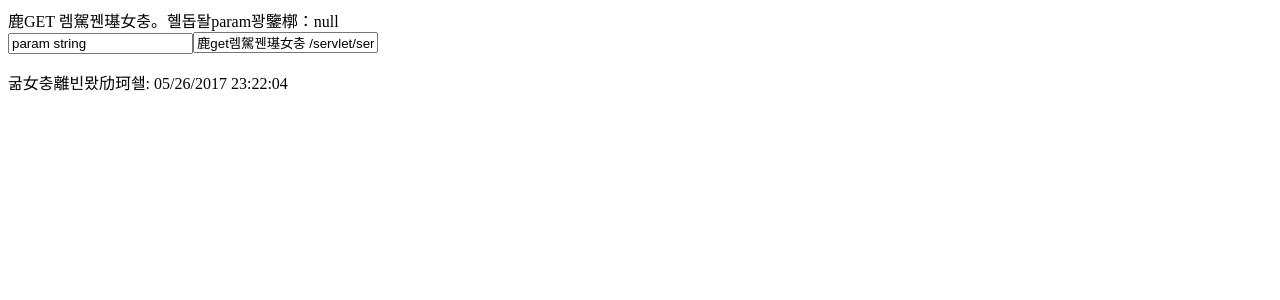
Repository: yksdy/yksdy
Page: http://localhost/servlet/servlet/FirstServlet
The author's editor kept a copy of each file at every save. The page is drawn from the files as they stood at one save, then again after the next save.
The browser window is 1280 px wide. The pictures show the whole page.
The page is served by Tomcat 9. Other server files are loaded and not shown.

Above is the page before, as saved 2017-05-26 23:53:26.

### LongLeg/servlet/src/servlet/FirstServlet.java
package servlet;

import java.io.IOException;
import java.io.PrintWriter;

import javax.servlet.ServletException;
import javax.servlet.http.HttpServlet;
import javax.servlet.http.HttpServletRequest;
import javax.servlet.http.HttpServletResponse;

public class FirstServlet extends HttpServlet {

	/**
	 * The doGet method of the servlet. <br>
	 *
	 * This method is called when a form has its tag value method equals to get.
	 *
	 * @param request the request send by the client to the server
	 * @param response the response send by the server to the client
	 * @throws ServletException if an error occurred
	 * @throws IOException if an error occurred
	 */
	public void doGet(HttpServletRequest request, HttpServletResponse response)
			throws ServletException, IOException {
		this.log("獵契 doGet 렘랬...");
		this.execute(request,response);
/*
		response.setContentType("text/html");
		PrintWriter out = response.getWriter();
		out.println("<!DOCTYPE HTML PUBLIC \"-//W3C//DTD HTML 4.01 Transitional//EN\">");
		out.println("<HTML>");
		out.println("  <HEAD><TITLE>A Servlet</TITLE></HEAD>");
		out.println("  <BODY>");
		out.print("    This is ");
		out.print(this.getClass());
		out.println(", using the GET method");
		out.println("  </BODY>");
		out.println("</HTML>");
		out.flush();
		out.close();
		*/
	}

	/**
	 * The doPost method of the servlet. <br>
	 *
	 * This method is called when a form has its tag value method equals to post.
	 *
	 * @param request the request send by the client to the server
	 * @param response the response send by the server to the client
	 * @throws ServletException if an error occurred
	 * @throws IOException if an error occurred
	 */
	public void doPost(HttpServletRequest request, HttpServletResponse response)
			throws ServletException, IOException {
		this.log("獵契 doGet 렘랬...");
		this.execute(request,response);
/*
		response.setContentType("text/html");
		PrintWriter out = response.getWriter();
		out.println("<!DOCTYPE HTML PUBLIC \"-//W3C//DTD HTML 4.01 Transitional//EN\">");
		out.println("<HTML>");
		out.println("  <HEAD><TITLE>A Servlet</TITLE></HEAD>");
		out.println("  <BODY>");
		out.print("    This is ");
		out.print(this.getClass());
		out.println(", using the POST method");
		out.println("  </BODY>");
		out.println("</HTML>");
		out.flush();
		out.close();
		*/
	}
	@Override
	public long getLastModified(HttpServletRequest request) {
		this.log("獵契 getLastModified 렘랬...");
		return -1;
	}
	private void execute(HttpServletRequest request, HttpServletResponse response)
			throws ServletException, IOException {
		response.setCharacterEncoding("UTF-8");
		request.setCharacterEncoding("UTF-8");
		String requestURI = request.getRequestURI();
		String method = request.getMethod();
		String param = request.getParameter("param");

		response.setContentType("text/html");
		PrintWriter out = response.getWriter();
		out.println("<!DOCTYPE HTML PUBLIC \"-//W3C//DTD HTML 4.01 Transitional//EN\">");
		out.println("<HTML>");
		out.println("  <HEAD><TITLE>A Servlet</TITLE></HEAD>");
		out.println("  <BODY>");

		out.println("鹿"+method+" 렘駕꿴璂女충。혤돕돨param꽝鑒槨："+param+"<br/>");

		out.println("<form action='"+requestURI+"'method='get'> "
				+ "<input type='text' name='param' value='param string'>"
				+ "<input type = 'submet' value='鹿get렘駕꿴璂女충 "+requestURI
				+ "'></form>");

		out.println(" <script>document.write('굶女충離빈뫘劤珂쇌: '+document.lastModified);</script>");

		out.println("  </BODY>");
		out.println("</HTML>");
		out.flush();
		out.close();
	}

}

After the next save:
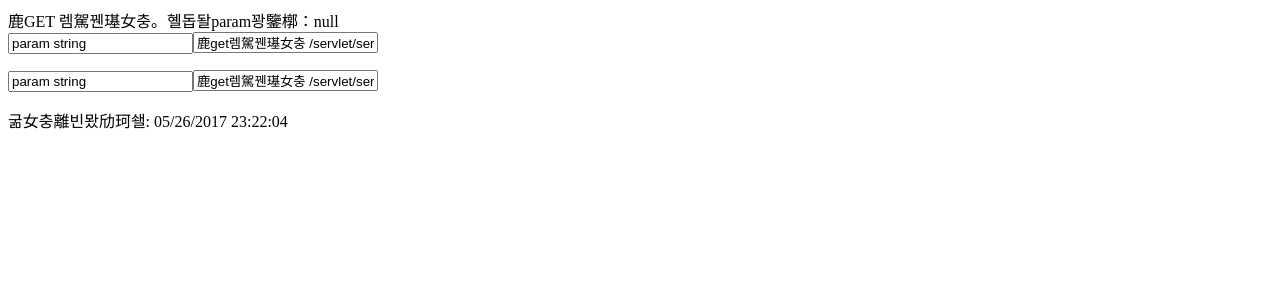
Saved 20 s later.
--- a/LongLeg/servlet/src/servlet/FirstServlet.java
+++ b/LongLeg/servlet/src/servlet/FirstServlet.java
@@ -97,6 +97,10 @@ public class FirstServlet extends HttpServlet {
 				+ "<input type='text' name='param' value='param string'>"
 				+ "<input type = 'submet' value='鹿get렘駕꿴璂女충 "+requestURI
 				+ "'></form>");
+		out.println("<form action='"+requestURI+"'method='get'> "
+				+ "<input type='text' name='param' value='param string'>"
+				+ "<input type = 'submet' value='鹿get렘駕꿴璂女충 "+requestURI
+				+ "'></form>");
 
 		out.println(" <script>document.write('굶女충離빈뫘劤珂쇌: '+document.lastModified);</script>");
 
